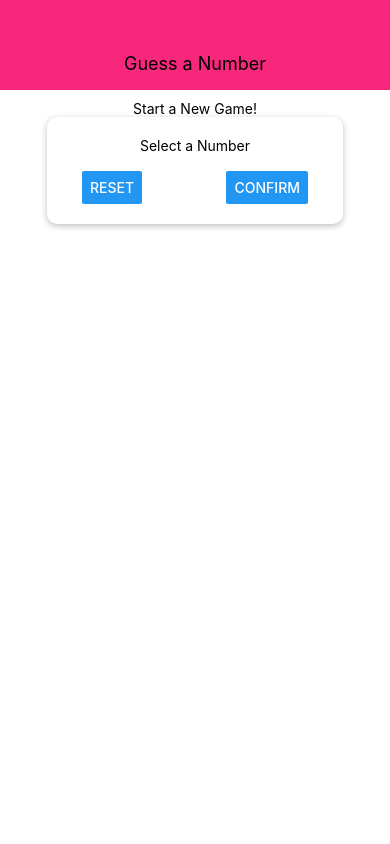
Repository: ChidiChuks/rn-second-project
Screen: / (app in second-project/)
The author's editor kept a copy of each file at every save. The screen is drawn from the files as they stood at one save, then again after the next save.
The app was drawn by React Native's web renderer in a window 390 px wide. The project was rebuilt for these pictures with package versions that can differ from the ones it lists, and the page was loaded fresh each time.

Above is the screen before, as saved 2019-10-23 13:38:59.

### second-project/App.js
import React from 'react';
import { StyleSheet, View } from 'react-native';

import Header from './components/Header';
import StartGameScreen from './screens/StartGameScreen';

export default function App() {
  return (
    <View style={styles.screen}>
      <Header title="Guess a Number" />
      <StartGameScreen />
    </View>
  );
}

const styles = StyleSheet.create({
  screen: {
    flex: 1
  }
});

### second-project/components/Header.js
import React from 'react';
import { View, Text, StyleSheet } from 'react-native';

const Header = props => {
  return (
    <View style={styles.header}>
      <Text style={styles.headerTitle}>{props.title}</Text>
    </View>
  );
};

const styles = StyleSheet.create({
  header: {
    width: '100%',
    height: 90,
    paddingTop: 36,
    backgroundColor: '#f7287b',
    alignItems: 'center',
    justifyContent: 'center'
  },
  headerTitle: {
    color: 'black',
    fontSize: 18,

  }
});

export default Header;

### second-project/screens/StartGameScreen.js
import React from 'react';
import { View, Text, StyleSheet, TextInput, Button } from 'react-native';

import Card from '../components/Card';

const StartGameScreen = props => {
  return (
    <View style={styles.screen}>
      <Text style={StyleSheet.title}>Start a New Game!</Text>
      <Card style={styles.inputContainer}>
        <Text>Select a Number</Text>
        <TextInput />
        <View style={styles.buttonContainer}>
          <Button title="Reset" onPress={() => {}} />
          <Button title="Confirm" onPress={() => {}} />
        </View>
      </Card>
    </View>
  );
};

const styles = StyleSheet.create({
  screen: {
    flex: 1,
    padding: 10,
    alignItems: 'center'
  },
  title: {
    fontSize: 20,
    marginVertical: 10
  },
  inputContainer: {
    width: 300,
    maxWidth: '80%',
    alignItems: 'center'
  },
  buttonContainer: {
    flexDirection: 'row',
    width: '100%',
    justifyContent: 'space-between',
    paddingHorizontal: 15
  }
});

export default StartGameScreen;

### second-project/components/Card.js
import React from 'react';
import { View, Text, StyleSheet } from 'react-native';

const Card = props => {
  return (
    <View style={{...styles.card, ...props.style}}>
      {props.children}
    </View>
  );
};

const styles = StyleSheet.create({
  card: {
    shadowColor: 'black',
    shadowOffset: { width: 0, height: 2 },
    shadowRadius: 6,
    shadowOpacity: 0.26,
    elevation: 7,
    backgroundColor: 'white',
    padding: 20,
    borderRadius: 10
  }
});

export default Card;

After the next save:
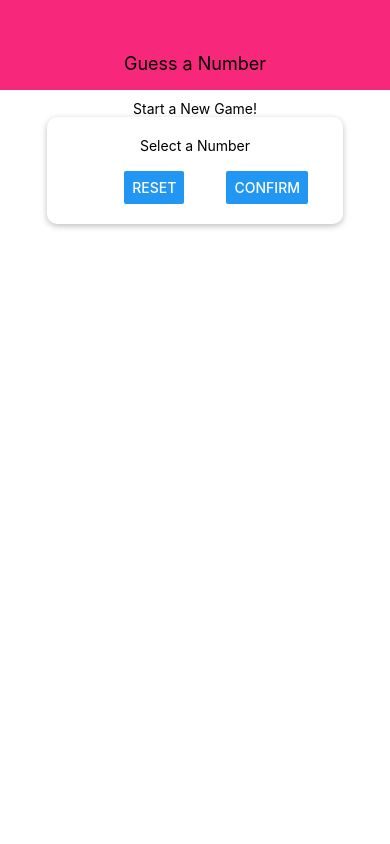
Saved 84 s later.
--- a/second-project/screens/StartGameScreen.js
+++ b/second-project/screens/StartGameScreen.js
@@ -11,7 +11,7 @@ const StartGameScreen = props => {
         <Text>Select a Number</Text>
         <TextInput />
         <View style={styles.buttonContainer}>
-          <Button title="Reset" onPress={() => {}} />
+          <View></View><Button title="Reset" onPress={() => {}} />
           <Button title="Confirm" onPress={() => {}} />
         </View>
       </Card>
